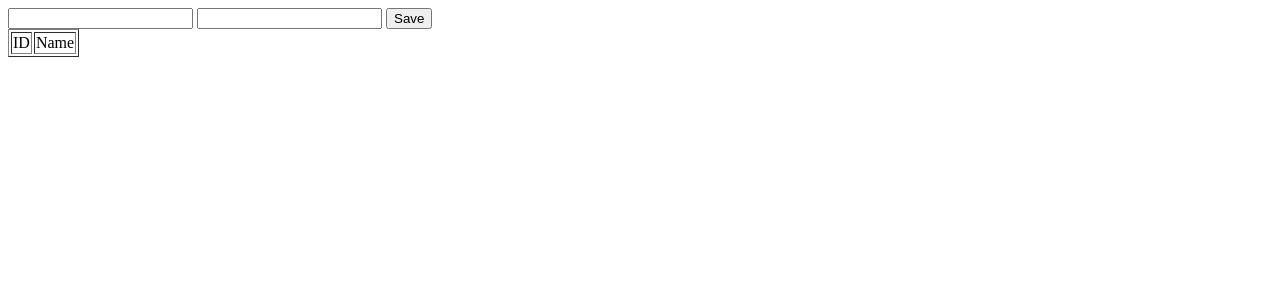
Repository: minhtuan16/JS-Basic
Page: JavaScript Begin/htmldom.html
An editor plug-in stored every save of this project. The page is shown before and after the next save, followed by the edit.
The browser window is 1280 px wide. The pictures show the whole page.

Above is the page before, as saved 2022-06-03 19:33:25.

### JavaScript Begin/htmldom.html
<!DOCTYPE html>
<html lang="en">
<head>
    <meta charset="UTF-8">
    <meta http-equiv="X-UA-Compatible" content="IE=edge">
    <meta name="viewport" content="width=device-width, initial-scale=1.0">
    <title>Document</title>
</head>
<body>
    <form action="" id="form">
        <input type="text" id="id">
        <input type="text" id="name">
        <button id="saveBtn">Save</button>
    </form>
    <table border="1px">
        <tr>
            <td>ID</td>
            <td>Name</td>
        </tr>

        <tbody id="tableBody">

        </tbody>
    </table>

    <script>
        var data = [
            {id:1, name:"P1"},
            {id:2, name:"P2"},
            {id:3, name:"P3"}
        ]

        function drawTr(person) {
            var tr = document.createElement("tr");
            var tdId = document.createElement("td");
            var tdName = document.createElement("td");

            tdId.innerHTML = person.id;
            tdName.innerHTML = person.name;

            tr.appendChild(tdId);
            tr.appendChild(tdName);

            var tableBody = document.getElementById("tableBody");
            tableBody.appendChild(tr)
        }
    </script>
</body>
</html>

After the next save:
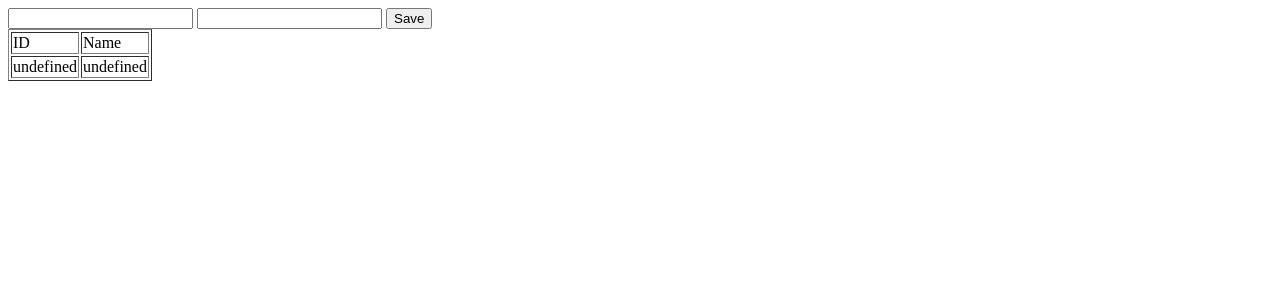
Saved 38 s later.
--- a/JavaScript Begin/htmldom.html
+++ b/JavaScript Begin/htmldom.html
@@ -42,8 +42,9 @@
             tr.appendChild(tdName);
 
             var tableBody = document.getElementById("tableBody");
-            tableBody.appendChild(tr)
+            tableBody.appendChild(tr);
         }
+        drawTr(data);
     </script>
 </body>
 </html>
